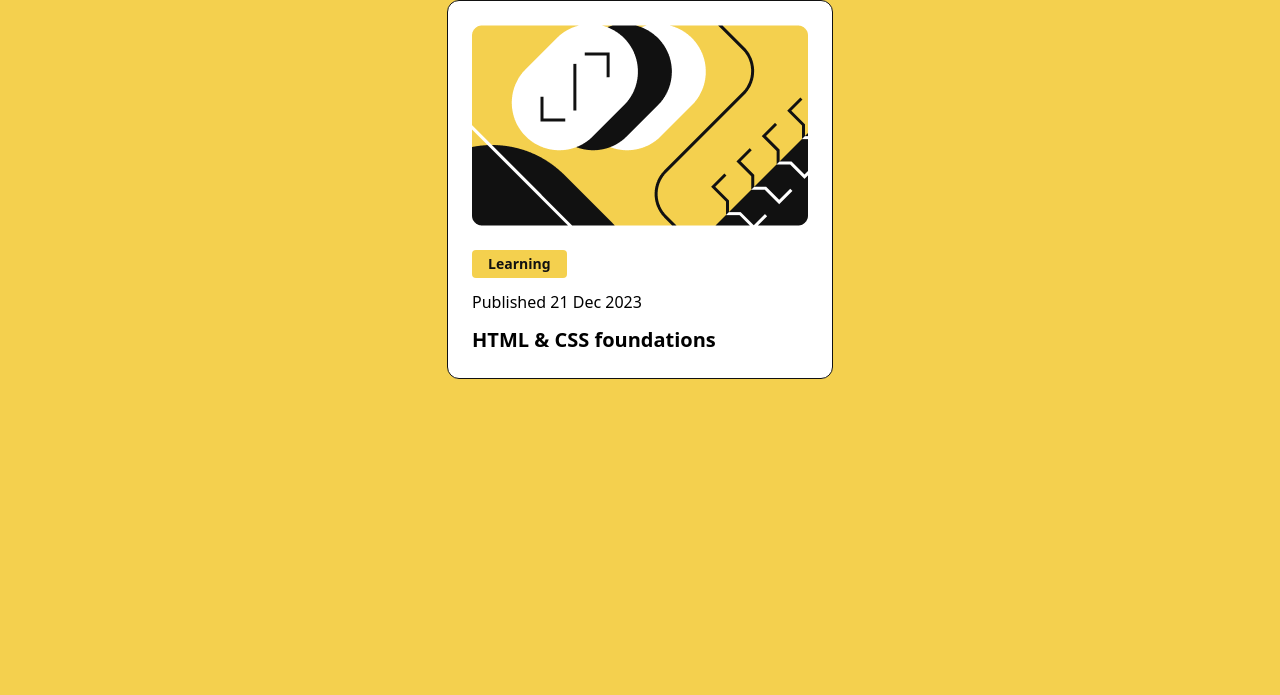
Repository: orcunelektirikci/fe-mentor-blogprev
Page: index.html
The author's editor kept a copy of each file at every save. The page is drawn from the files as they stood at one save, then again after the next save.
The browser window is 1280 px wide. The pictures show the whole page.
Some web libraries are served in a nearby version.

Above is the page before, as saved 2024-04-12 16:53:38.

After the next save:
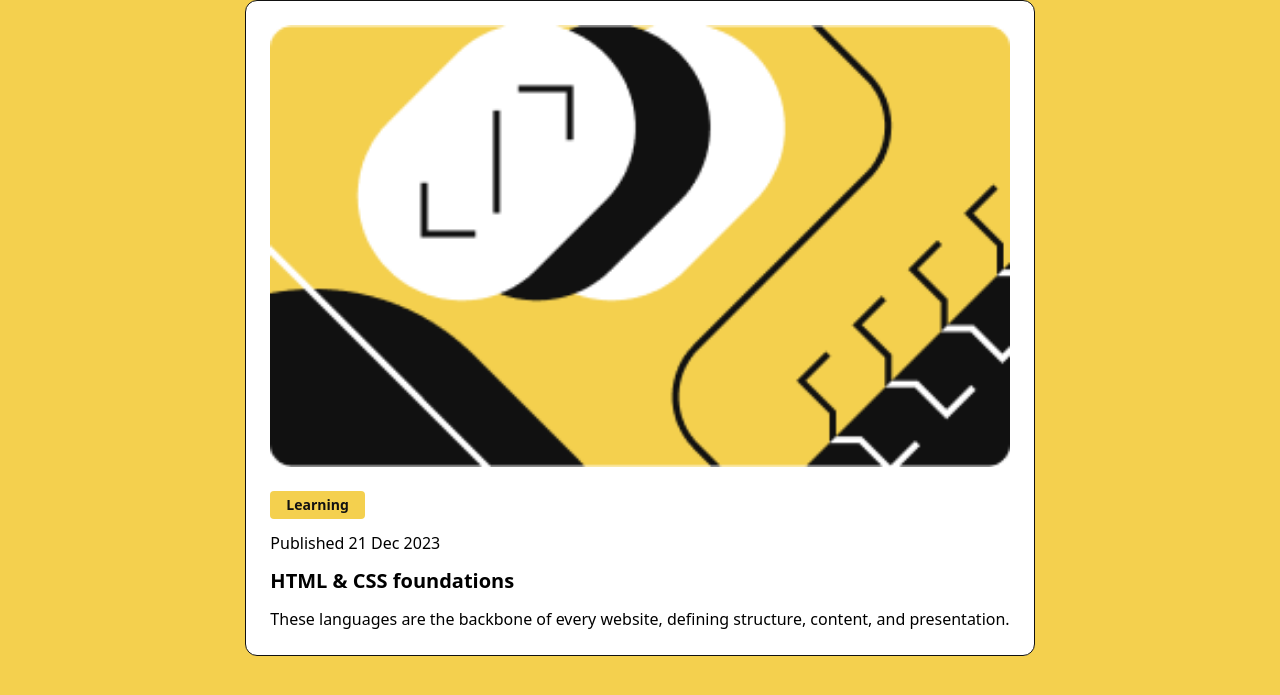
Saved 57 s later.
--- a/index.html
+++ b/index.html
@@ -16,6 +16,7 @@
             <button class="bg-yellow rounded font-semibold text-black text-sm py-1 px-4 max-w-min" type="button">Learning</button>
             <p class="text-md">Published 21 Dec 2023</p>
             <h2 class="font-bold text-xl">HTML & CSS foundations</h2>
+            <p>These languages are the backbone of every website, defining structure, content, and presentation.</p>
         </div>
 
     </div>
